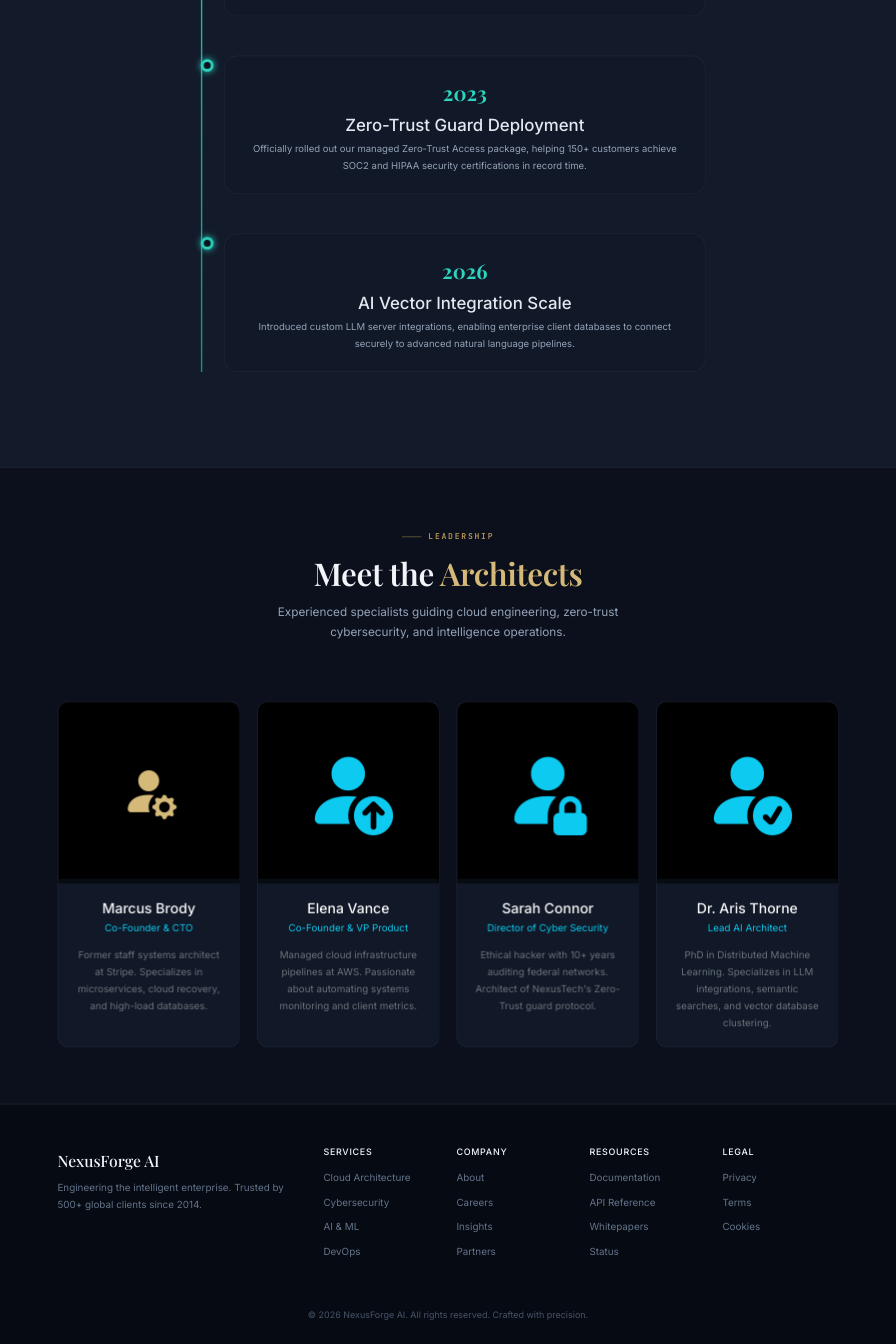
Repository: ruzni-dev/project-showcase
Page: pages/52-IT-Solutions-Website/pages/about.html
An editor plug-in stored every save of this project. The page is shown before and after the next save, followed by the edit.
The browser window is 1280 px wide. The pictures show the part of the page from y = 1468 to 3388 px (the page is 3388 px tall), at 70% of full size.
Some web fonts or font styles are not loaded; a fallback is used.

Above is the page before, as saved 2026-05-24 22:40:06.

### pages/52-IT-Solutions-Website/pages/about.html
<!DOCTYPE html>
<html lang="en">
<head>
    <meta charset="UTF-8">
    <meta name="viewport" content="width=device-width, initial-scale=1.0">
    <title>NexusForge AI — Premium IT Solutions & Intelligent Automation</title>
    <link rel="icon" type="image/svg+xml" href="../assets/images/favicon.svg">
    <link rel="apple-touch-icon" href="../assets/images/favicon.svg">

    <!-- Bootstrap 5.3 CSS -->
    <link href="https://cdn.jsdelivr.net/npm/bootstrap@5.3.2/dist/css/bootstrap.min.css" rel="stylesheet">
    <!-- Bootstrap Icons -->
    <link href="https://cdn.jsdelivr.net/npm/bootstrap-icons@1.11.3/font/bootstrap-icons.css" rel="stylesheet">
    <!-- Google Fonts: Premium Typography -->
    <link href="https://fonts.googleapis.com/css2?family=Inter:wght@300;400;500;600;700;800;900&family=Playfair+Display:ital,wght@0,500;0,600;0,700;1,500&family=JetBrains+Mono:wght@400;500;600&display=swap" rel="stylesheet">
    <!-- AOS Animation -->
    <link href="https://unpkg.com/aos@2.3.1/dist/aos.css" rel="stylesheet">
    <!-- Custom Theme CSS -->
    <link href="../assets/css/style.css" rel="stylesheet">
</head>
<body>

    <!-- ==================== NAVBAR ==================== -->
    <nav class="navbar navbar-expand-lg fixed-top" id="mainNav">
        <div class="container">
            <a class="navbar-brand" href="../index.html">
                <div class="brand-mark"><i class="bi bi-cpu-fill"></i></div>
                <span>NexusForge AI</span>
            </a>
            <button class="navbar-toggler" type="button" data-bs-toggle="collapse" data-bs-target="#navContent">
                <span class="navbar-toggler-icon"></span>
            </button>
            <div class="collapse navbar-collapse" id="navContent">
                <ul class="navbar-nav mx-auto mb-2 mb-lg-0 gap-1">
                    <li class="nav-item"><a class="nav-link" href="../index.html" data-page="home">Home</a></li>
                    <li class="nav-item"><a class="nav-link active" href="about.html#about" data-page="about">About</a></li>
                    <li class="nav-item"><a class="nav-link" href="services.html" data-page="services">Services</a></li>
                    <li class="nav-item"><a class="nav-link" href="portfolio.html" data-page="portfolio">Portfolio</a></li>
                    <li class="nav-item"><a class="nav-link" href="ai-solutions.html" data-page="ai-solutions">AI Solutions</a></li>
                    <li class="nav-item"><a class="nav-link" href="contact.html" data-page="contact">Contact</a></li>
                </ul>
                <a href="#contact" class="btn-nav">Start a Project <i class="bi bi-arrow-right ms-1"></i></a>
            </div>
        </div>
    </nav>

    <!-- ==================== PAGE 2: ABOUT ==================== -->
    <section class="page-section dark-page" id="about">
        <div class="container">
            <div class="row align-items-center g-5">
                <div class="col-lg-5" data-aos="fade-right" data-aos-duration="900">
                    <span class="section-eyebrow">Our Story</span>
                    <h2 class="section-title">A decade of <span class="accent">excellence</span> in technology consulting</h2>
                    <p class="section-subtitle">
                        Founded in 2014 by a team of MIT and Stanford engineers, NexusForge AI has grown from a boutique consultancy into a global technology partner. We combine deep technical expertise with strategic vision to solve the most complex challenges.
                    </p>
                    <div class="d-flex gap-4 mt-4 flex-wrap">
                        <div><strong style="font-size:1.6rem;color:#f1f5f9;">280+</strong><br><small style="color:var(--slate-500);">Engineers & Data Scientists</small></div>
                        <div><strong style="font-size:1.6rem;color:#f1f5f9;">12</strong><br><small style="color:var(--slate-500);">Global Offices</small></div>
                        <div><strong style="font-size:1.6rem;color:#f1f5f9;">40+</strong><br><small style="color:var(--slate-500);">Countries Served</small></div>
                    </div>
                </div>
                <div class="col-lg-7" data-aos="fade-left" data-aos-duration="1000">
                    <div class="row g-3">
                        <div class="col-6">
                            <div style="background:var(--bg-card);border:1px solid var(--border-subtle);border-radius:var(--radius-md);padding:20px;text-align:center;">
                                <i class="bi bi-trophy-fill" style="font-size:2rem;color:var(--gold);"></i>
                                <h6 class="mt-2" style="color:#f1f5f9;">Forbes Tech Council</h6>
                                <small style="color:var(--slate-500);">Member since 2019</small>
                            </div>
                        </div>
                        <div class="col-6">
                            <div style="background:var(--bg-card);border:1px solid var(--border-subtle);border-radius:var(--radius-md);padding:20px;text-align:center;">
                                <i class="bi bi-shield-check-fill" style="font-size:2rem;color:var(--teal);"></i>
                                <h6 class="mt-2" style="color:#f1f5f9;">ISO 27001 Certified</h6>
                                <small style="color:var(--slate-500);">Security Excellence</small>
                            </div>
                        </div>
                        <div class="col-6">
                            <div style="background:var(--bg-card);border:1px solid var(--border-subtle);border-radius:var(--radius-md);padding:20px;text-align:center;">
                                <i class="bi bi-award-fill" style="font-size:2rem;color:var(--gold-light);"></i>
                                <h6 class="mt-2" style="color:#f1f5f9;">Gartner Recognized</h6>
                                <small style="color:var(--slate-500);">AI Consultancy Leader</small>
                            </div>
                        </div>
                        <div class="col-6">
                            <div style="background:var(--bg-card);border:1px solid var(--border-subtle);border-radius:var(--radius-md);padding:20px;text-align:center;">
                                <i class="bi bi-globe2" style="font-size:2rem;color:var(--teal);"></i>
                                <h6 class="mt-2" style="color:#f1f5f9;">Global Delivery</h6>
                                <small style="color:var(--slate-500);">24/7 Operations</small>
                            </div>
                        </div>
                    </div>
                </div>
            </div>
        </div>
    </section>

    <!-- Company History Timeline -->
    <section class="page-section elevated-page" id="about">
        <div class="container" id="history">
            <div class="section-header-centered" data-aos="fade-up">
                <span class="section-eyebrow">Milestones</span>
                <h2 class="section-title">Our <span class="accent-teal">Journey</span></h2>
                <p class="section-subtitle">From a shared home office to scaling worldwide digital systems.</p>
            </div>
            <div class="row justify-content-center mt-5">
                <div class="col-lg-8">
                    <div class="timeline">
                        <div class="timeline-item" data-aos="zoom-in" data-aos-delay="0">
                            <div class="timeline-dot"></div>
                            <div class="ai-tool-card-premium">
                                <div class="timeline-year">2019</div>
                                <h4>Founded in San Francisco</h4>
                                <p>
                                    Started by Marcus Brody and Elena Vance as a specialized consulting agency troubleshooting server load crashes for early-stage fintech products.
                                </p>
                            </div>
                        </div>
                        <div class="timeline-item" data-aos="zoom-in" data-aos-delay="100">
                            <div class="timeline-dot"></div>
                            <div class="ai-tool-card-premium">
                                <div class="timeline-year">2021</div>
                                <h4>Infrastructual Automation Release</h4>
                                <p>
                                    Developed proprietary server-monitoring microagents, lowering average client incident resolution time from 3 hours to 12 minutes.
                                </p>
                            </div>
                        </div>
                        <div class="timeline-item" data-aos="zoom-in" data-aos-delay="200">
                            <div class="timeline-dot"></div>
                            <div class="ai-tool-card-premium">
                                <div class="timeline-year">2023</div>
                                <h4>Zero-Trust Guard Deployment</h4>
                                <p>
                                    Officially rolled out our managed Zero-Trust Access package, helping 150+ customers achieve SOC2 and HIPAA security certifications in record time.
                                </p>
                            </div>
                        </div>
                        <div class="timeline-item" data-aos="zoom-in" data-aos-delay="300">
                            <div class="timeline-dot"></div>
                            <div class="ai-tool-card-premium">
                                <div class="timeline-year">2026</div>
                                <h4>AI Vector Integration Scale</h4>
                                <p>
                                    Introduced custom LLM server integrations, enabling enterprise client databases to connect securely to advanced natural language pipelines.
                                </p>
                            </div>
                        </div>
                    </div>
                </div>
            </div>
        </div>
    </section>

    <!-- Team Grid Section -->
    <section class="page-section dark-page" id="about">
        <div class="container" id="team">
            <div class="section-header-centered" data-aos="fade-up">
                <span class="section-eyebrow">Leadership</span>
                <h2 class="section-title">Meet the <span class="accent">Architects</span></h2>
                <p class="section-subtitle">Experienced specialists guiding cloud engineering, zero-trust cybersecurity, and intelligence operations.</p>
            </div>
            <div class="row g-4 mt-4">
                <!-- Member 1 -->
                <div class="col-xl-3 col-md-6">
                    <div class="team-card h-100">
                        <div class="team-img-wrapper text-center bg-black bg-opacity-30 d-flex align-items-center justify-content-center py-5">
                            <!-- Inline Premium Avatar Icon Graphic -->
                            <i class="bi bi-person-fill-gear gold-text" style="font-size: 5rem;"></i>
                            <div class="team-socials">
                                <a href="#" class="team-social-link"><i class="bi bi-linkedin"></i></a>
                                <a href="#" class="team-social-link"><i class="bi bi-github"></i></a>
                                <a href="#" class="team-social-link"><i class="bi bi-twitter-x"></i></a>
                            </div>
                        </div>
                        <div class="p-4 text-center">
                            <h5 class="mb-1 text-light">Marcus Brody</h5>
                            <p class="text-info small mb-3">Co-Founder & CTO</p>
                            <p class="text-secondary small mb-0">Former staff systems architect at Stripe. Specializes in microservices, cloud recovery, and high-load databases.</p>
                        </div>
                    </div>
                </div>

                <!-- Member 2 -->
                <div class="col-xl-3 col-md-6">
                    <div class="team-card h-100">
                        <div class="team-img-wrapper text-center bg-black bg-opacity-30 d-flex align-items-center justify-content-center py-5">
                            <i class="bi bi-person-fill-up text-info" style="font-size: 8rem;"></i>
                            <div class="team-socials">
                                <a href="#" class="team-social-link"><i class="bi bi-linkedin"></i></a>
                                <a href="#" class="team-social-link"><i class="bi bi-twitter-x"></i></a>
                            </div>
                        </div>
                        <div class="p-4 text-center">
                            <h5 class="mb-1 text-light">Elena Vance</h5>
                            <p class="text-info small mb-3">Co-Founder & VP Product</p>
                            <p class="text-secondary small mb-0">Managed cloud infrastructure pipelines at AWS. Passionate about automating systems monitoring and client metrics.</p>
                        </div>
                    </div>
                </div>

                <!-- Member 3 -->
                <div class="col-xl-3 col-md-6">
                <div class="team-card h-100">
                    <div class="team-img-wrapper text-center bg-black bg-opacity-30 d-flex align-items-center justify-content-center py-5">
                    <i class="bi bi-person-fill-lock text-info" style="font-size: 8rem;"></i>
                    <div class="team-socials">
                        <a href="#" class="team-social-link"><i class="bi bi-linkedin"></i></a>
                        <a href="#" class="team-social-link"><i class="bi bi-github"></i></a>
                    </div>
                    </div>
                    <div class="p-4 text-center">
                    <h5 class="mb-1 text-light">Sarah Connor</h5>
                    <p class="text-info small mb-3">Director of Cyber Security</p>
                    <p class="text-secondary small mb-0">Ethical hacker with 10+ years auditing federal networks. Architect of NexusTech's Zero-Trust guard protocol.</p>
                    </div>
                </div>
                </div>

                <!-- Member 4 -->
                <div class="col-xl-3 col-md-6">
                <div class="team-card h-100">
                    <div class="team-img-wrapper text-center bg-black bg-opacity-30 d-flex align-items-center justify-content-center py-5">
                    <i class="bi bi-person-fill-check text-info" style="font-size: 8rem;"></i>
                    <div class="team-socials">
                        <a href="#" class="team-social-link"><i class="bi bi-linkedin"></i></a>
                        <a href="#" class="team-social-link"><i class="bi bi-github"></i></a>
                    </div>
                    </div>
                    <div class="p-4 text-center">
                    <h5 class="mb-1 text-light">Dr. Aris Thorne</h5>
                    <p class="text-info small mb-3">Lead AI Architect</p>
                    <p class="text-secondary small mb-0">PhD in Distributed Machine Learning. Specializes in LLM integrations, semantic searches, and vector database clustering.</p>
                    </div>
                </div>
                </div>

            </div>
        </div>
    </section>

    <!-- ==================== FOOTER ==================== -->
    <footer class="footer-premium">
        <div class="container">
            <div class="row g-4">
                <div class="col-lg-4 mb-3">
                    <a class="footer-brand" href="#home">NexusForge AI</a>
                    <p style="color:var(--slate-500);font-size:0.88rem;margin-top:8px;">Engineering the intelligent enterprise. Trusted by 500+ global clients since 2014.</p>
                </div>
                <div class="col-6 col-md-3 col-lg-2">
                    <h6 style="color:#f1f5f9;font-size:0.8rem;text-transform:uppercase;letter-spacing:1px;margin-bottom:14px;">Services</h6>
                    <ul class="footer-links">
                        <li><a href="#">Cloud Architecture</a></li>
                        <li><a href="#">Cybersecurity</a></li>
                        <li><a href="#">AI & ML</a></li>
                        <li><a href="#">DevOps</a></li>
                    </ul>
                </div>
                <div class="col-6 col-md-3 col-lg-2">
                    <h6 style="color:#f1f5f9;font-size:0.8rem;text-transform:uppercase;letter-spacing:1px;margin-bottom:14px;">Company</h6>
                    <ul class="footer-links">
                        <li><a href="#about">About</a></li>
                        <li><a href="#">Careers</a></li>
                        <li><a href="#">Insights</a></li>
                        <li><a href="#">Partners</a></li>
                    </ul>
                </div>
                <div class="col-6 col-md-3 col-lg-2">
                    <h6 style="color:#f1f5f9;font-size:0.8rem;text-transform:uppercase;letter-spacing:1px;margin-bottom:14px;">Resources</h6>
                    <ul class="footer-links">
                        <li><a href="#">Documentation</a></li>
                        <li><a href="#">API Reference</a></li>
                        <li><a href="#">Whitepapers</a></li>
                        <li><a href="#">Status</a></li>
                    </ul>
                </div>
                <div class="col-6 col-md-3 col-lg-2">
                    <h6 style="color:#f1f5f9;font-size:0.8rem;text-transform:uppercase;letter-spacing:1px;margin-bottom:14px;">Legal</h6>
                    <ul class="footer-links">
                        <li><a href="#">Privacy</a></li>
                        <li><a href="#">Terms</a></li>
                        <li><a href="#">Cookies</a></li>
                    </ul>
                </div>
            </div>
            <hr style="border-color:rgba(255,255,255,0.05);margin:30px 0 20px;">
            <div class="text-center" style="color:var(--slate-600);font-size:0.8rem;">
                &copy; 2026 NexusForge AI. All rights reserved. Crafted with precision.
            </div>
        </div>
    </footer>

    <!-- ==================== AI CHAT WIDGET ==================== -->
    <div class="ai-chat-fab" id="aiChatFab">
        <div class="chat-panel" id="chatPanel">
            <div class="chat-panel-header">
                <span class="online-dot"></span>
                <strong>Nexus AI Assistant</strong>
                <small style="opacity:0.6;margin-left:auto;font-size:0.7rem;">GPT-4o</small>
                <button style="background:none;border:none;color:#fff;cursor:pointer;font-size:1.1rem;margin-left:8px;" onclick="toggleChatPanel()"><i class="bi bi-x-lg"></i></button>
            </div>
            <div class="chat-messages" id="chatMessages">
                <div class="chat-msg bot">
                    👋 Welcome to NexusForge AI. I'm your dedicated assistant. How may I help you today? You can ask about our services, case studies, or request a consultation.
                </div>
            </div>
            <div class="chat-input-row">
                <input type="text" id="chatInputField" placeholder="Type your message..." onkeypress="if(event.key==='Enter')sendPremiumChat()">
                <button onclick="sendPremiumChat()"><i class="bi bi-send-fill"></i></button>
            </div>
        </div>
        <button class="chat-fab-btn" onclick="toggleChatPanel()" id="chatFabBtn">
            <i class="bi bi-robot"></i>
            <span class="pulse-ring"></span>
        </button>
    </div>

    <!-- ==================== SCRIPTS ==================== -->
    <script src="https://cdn.jsdelivr.net/npm/bootstrap@5.3.2/dist/js/bootstrap.bundle.min.js"></script>
    <script src="https://unpkg.com/aos@2.3.1/dist/aos.js"></script>
    <script src="../assets/js/script.js"></script>
</body>
</html>

Loaded but not shown: pages/52-IT-Solutions-Website/assets/js/script.js (231 lines, source omitted); pages/52-IT-Solutions-Website/assets/css/style.css (1257 lines, source omitted)

After the next save:
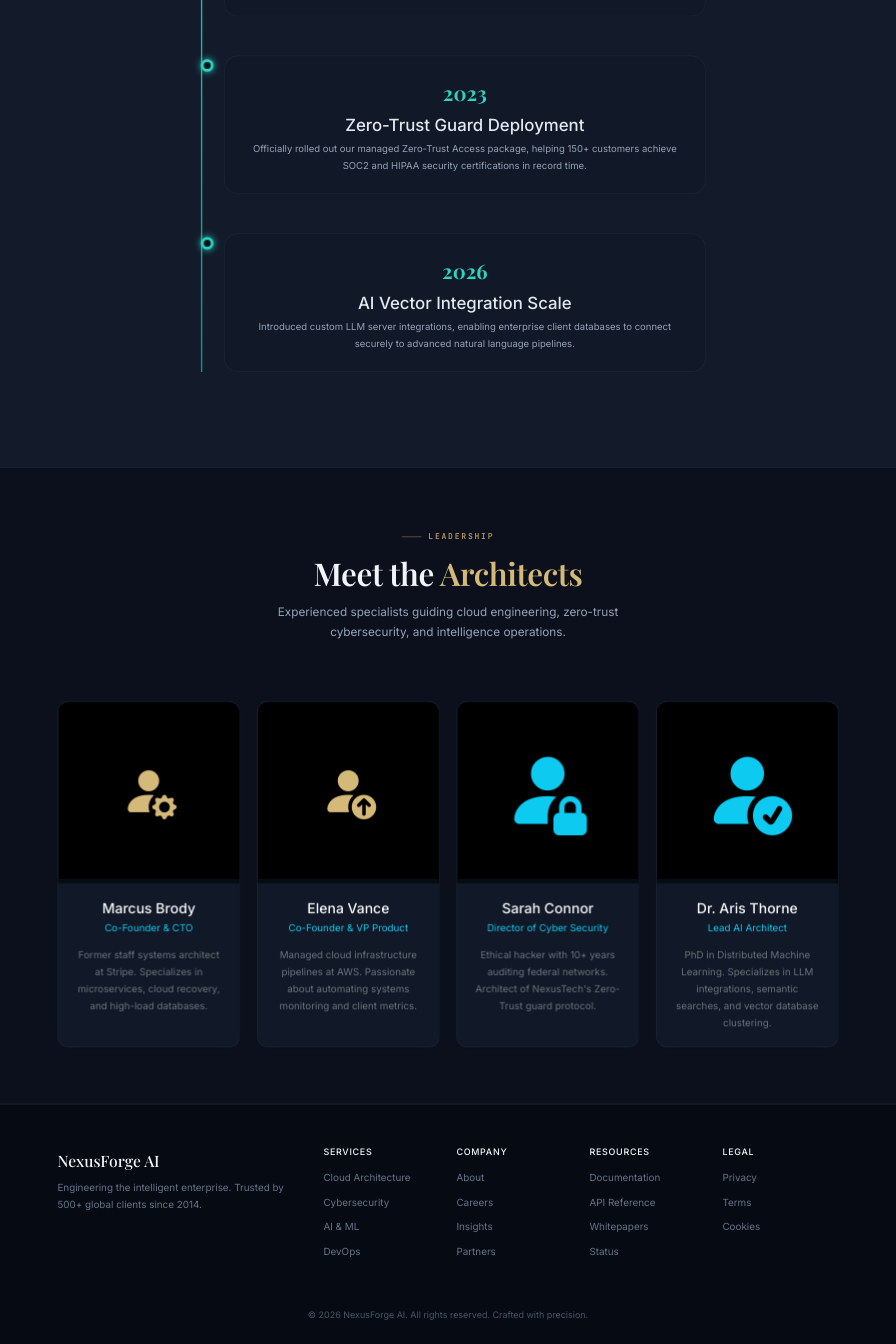
Saved 80 s later.
--- a/pages/52-IT-Solutions-Website/pages/about.html
+++ b/pages/52-IT-Solutions-Website/pages/about.html
@@ -186,7 +186,7 @@
                 <div class="col-xl-3 col-md-6">
                     <div class="team-card h-100">
                         <div class="team-img-wrapper text-center bg-black bg-opacity-30 d-flex align-items-center justify-content-center py-5">
-                            <i class="bi bi-person-fill-up text-info" style="font-size: 8rem;"></i>
+                            <i class="bi bi-person-fill-up gold-text" style="font-size: 5rem;"></i>
                             <div class="team-socials">
                                 <a href="#" class="team-social-link"><i class="bi bi-linkedin"></i></a>
                                 <a href="#" class="team-social-link"><i class="bi bi-twitter-x"></i></a>
